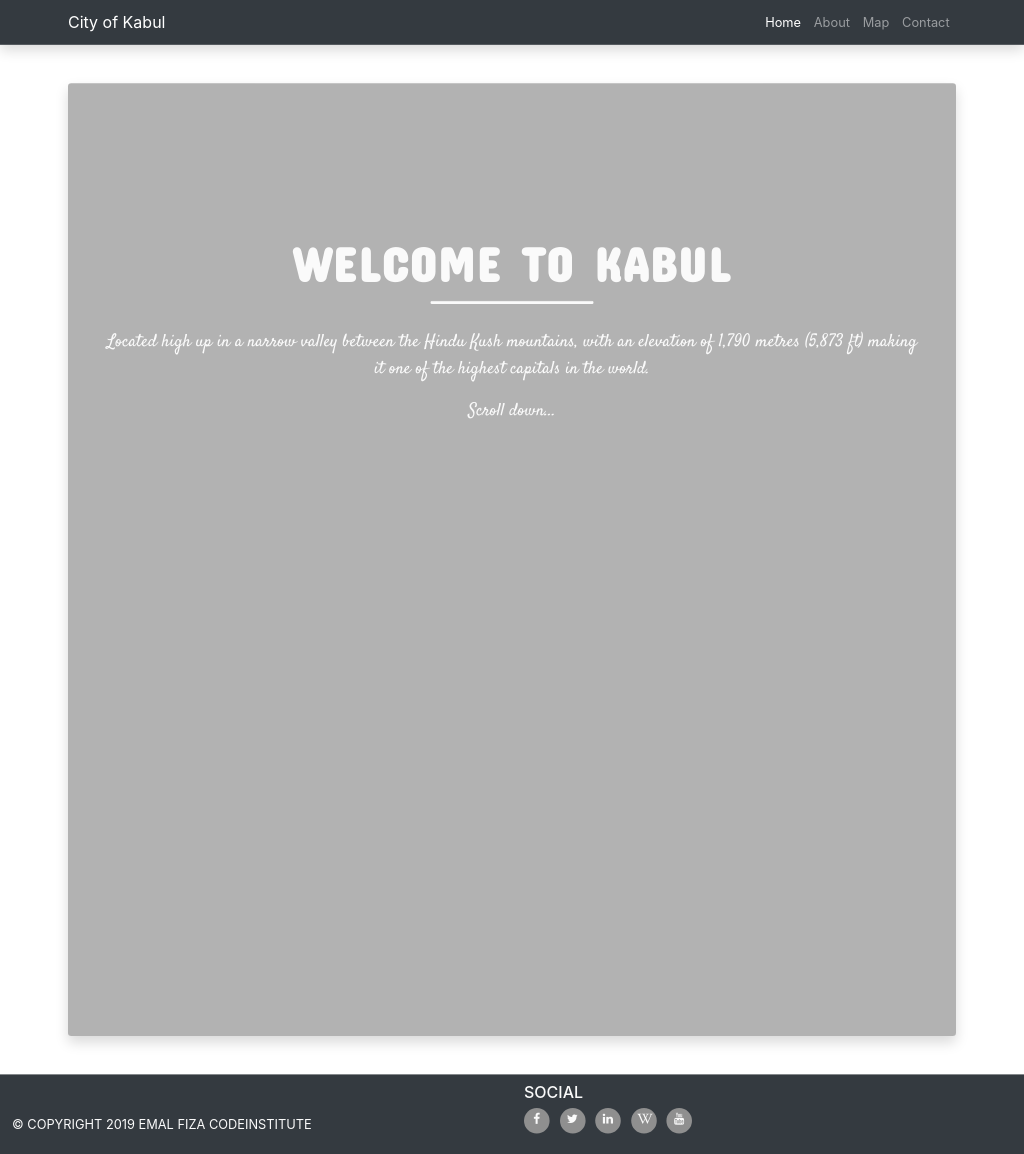
Repository: emalfiza/project-kabul
Page: index.html
The author's editor kept a record of every edit. The page is drawn from the files as they stood at one moment, then again after the next edit.
The browser window is 1280 px wide. The pictures show the whole page, at 80% of full size.
Backgrounds fixed to the window are drawn as part of the page.

Above is the page before.

After the next edit:
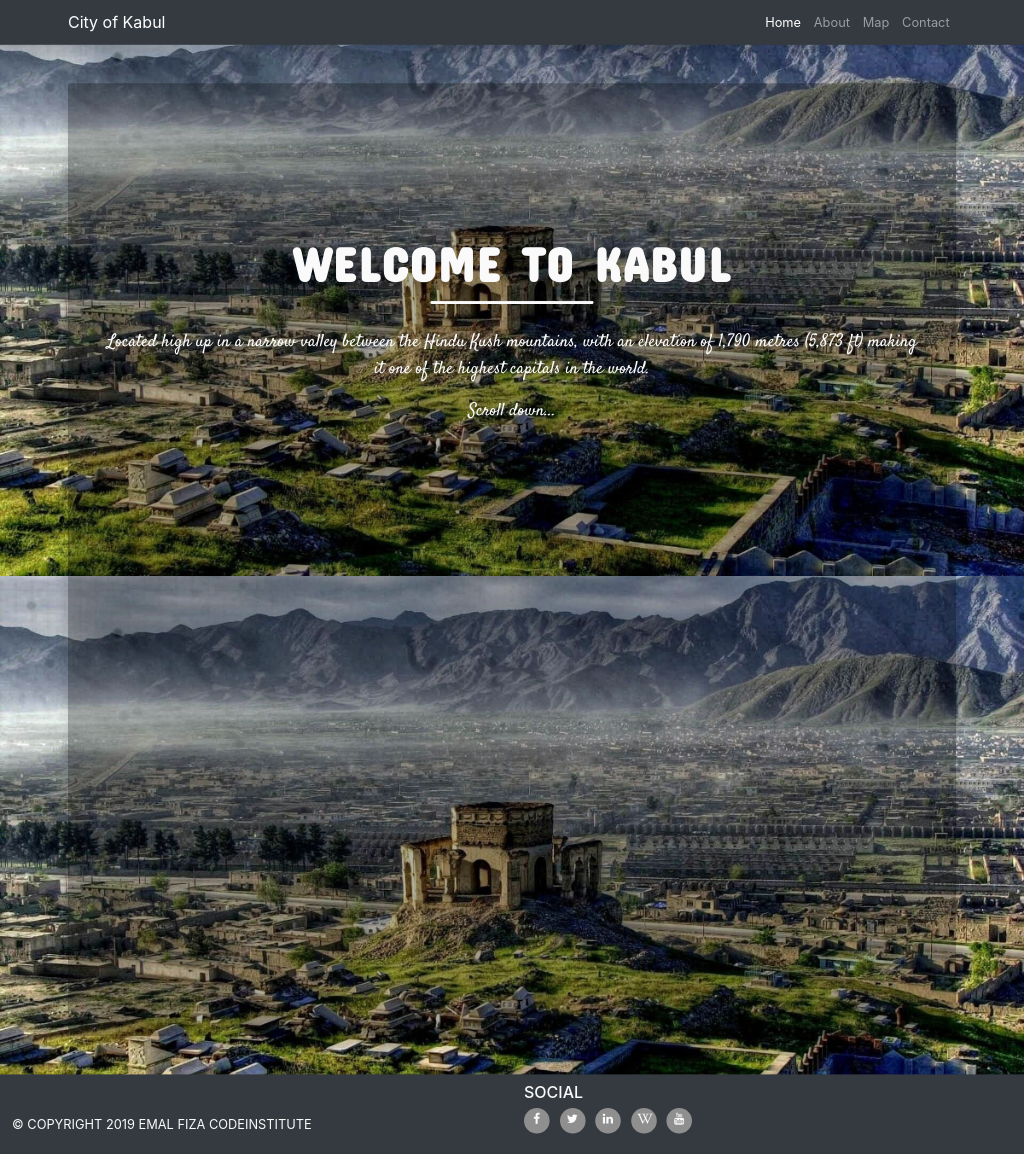
The edit:
--- a/index.html
+++ b/index.html
@@ -11,8 +11,7 @@
   <title>City of Kabul</title>
 </head>
 
-<body>
-  <div class="body">
+<body id="body">
   <header>
 
   <!------------------------------------------- Navigation -->
